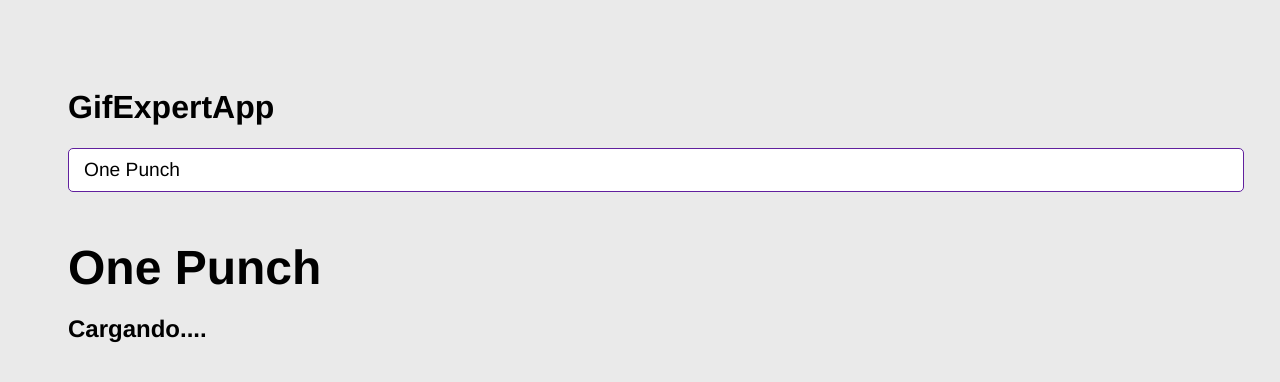
Repository: bryanesteban/gif-expert-app
Page: /
The author's editor kept a copy of each file at every save. The page is drawn from the files as they stood at one save, then again after the next save.
The browser window is 1280 px wide. The pictures show the whole page.
The page's requests for data from a server got no answer. The project was rebuilt for these pictures with package versions that can differ from the ones it lists, and the page was loaded fresh each time. No one was signed in, and anything a server would have sent is missing. Also part of the build but not shown: vite.config.js, src/components/GifGridItem.jsx.

Above is the page before, as saved 2024-06-17 15:46:12.

### src/main.jsx
import React from 'react'
import ReactDOM from 'react-dom/client'
import { GifExpertApp } from './GifExpertApp'

import './styles.css';

ReactDOM.createRoot(document.getElementById('root')).render(
  <React.StrictMode>
    <GifExpertApp />
  </React.StrictMode>
)

### src/GifExpertApp.jsx
import { useState } from "react";
import { AddCategory } from "./components/AddCategory";
import { GifGrid } from "./components/GifGrid";


export const GifExpertApp = () => {




    const [ categories , setCategories ] = useState([ 'One Punch' ]);

    const onAddCategory = ( newCategory ) => {

        if(categories.includes(newCategory) ) return ;
        setCategories([newCategory, ...categories]);

        // setCategories(cat => [...cat,'Fullmetal Alchemist']);
    }

    return (
    <>

    <h1>GifExpertApp</h1>

    <AddCategory
        // setCategories={ setCategories }
        onNewCategory={ event => onAddCategory(event)}
    />


    <>
        { categories.map( ( category ) => (
                <GifGrid
                    key={ category }
                    category={category}/>

            ))
        }

    </>

    </>
  )
};

### src/components/AddCategory.jsx
import { useState } from "react";
// import PropTypes from 'prop-types';

export  const AddCategory = ( { onNewCategory } ) =>{


   const [inputValue, setInputValue] = useState('One Punch');

    const onInputChange= ({target}) => {
        setInputValue(target.value);
    }

    const onsubmit =( event ) => {
        event.preventDefault();

        if(inputValue.trim().length <= 1 ) return;

        // setCategories(categories => [inputValue, ...categories] );
        onNewCategory( inputValue.trim() );
        setInputValue('');
    }

    return (
        <form onSubmit={(event) => onsubmit(event)}>

        <input
            type="text"
            placeholder="Buscar Gifs"
            value={ inputValue }
            onChange={ (event) =>  onInputChange(event) }
            />
        </form>

    )
}

### src/components/GifGrid.jsx

import { GifGridItem } from './GifGridItem';
import { useFetchGifs } from '../hooks/useFetchGifs';



export const GifGrid = ( { category } ) => {

    const { images , isLoading} = useFetchGifs( category );

    return (
        <>
            <h3> { category } </h3>

            {
                isLoading ?  (<h2> Cargando....</h2>)
                :null
            }

            <div className='card-grid'>
           {
                images.map(  ( image) => (
                   <GifGridItem
                        key={ image.id }
                        {  ...image }
                    />

                ))
            }
        </div>



        </>
    )
}

### src/hooks/useFetchGifs.js
import { useState, useEffect } from 'react';
import { getGifs } from '../helpers/getGifs';

export const useFetchGifs = (  category  ) => {
    const [images, setImages] = useState([]);
    const [isLoading, setisLoading] = useState(true);

    const getImages = async() => {
        const newImages  = await getGifs( true );
        setImages(newImages);
        setisLoading(false);
    }

    useEffect( () => {
        // getGifs(category)
        // .then( newImages => setImages(newImages) );
        getImages();

    },[])

    return {
    images: images,
    isLoading: isLoading
    }
}

### src/helpers/getGifs.js
export const getGifs = async( category ) => {
    const url = `https://api.giphy.com/v1/gifs/search?api_key=MokFzHRig1V6hft1NBjtd3nYOntQN9FD&q=${ category }&limit=20`;

    const resp = await fetch( url );
    const { data } = await resp.json();


    const gifs = data.map( img => ({
        id: img.id,
        title: img.title,
        url: img.images.downsized_medium.url
    }));

    return gifs;
}

Loaded but not shown: index.html (common file); src/styles.css (common file)

After the next save:
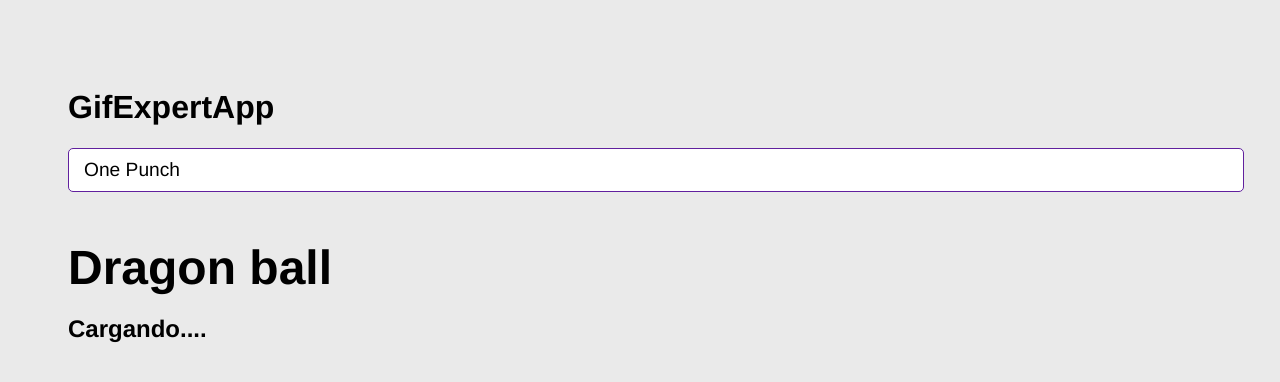
Saved 3 min 18 s later.
--- a/src/GifExpertApp.jsx
+++ b/src/GifExpertApp.jsx
@@ -8,7 +8,7 @@
 
 
 
-    const [ categories , setCategories ] = useState([ 'One Punch' ]);
+    const [ categories , setCategories ] = useState([ 'Dragon ball' ]);
 
     const onAddCategory = ( newCategory ) => {
 

After the save that followed:
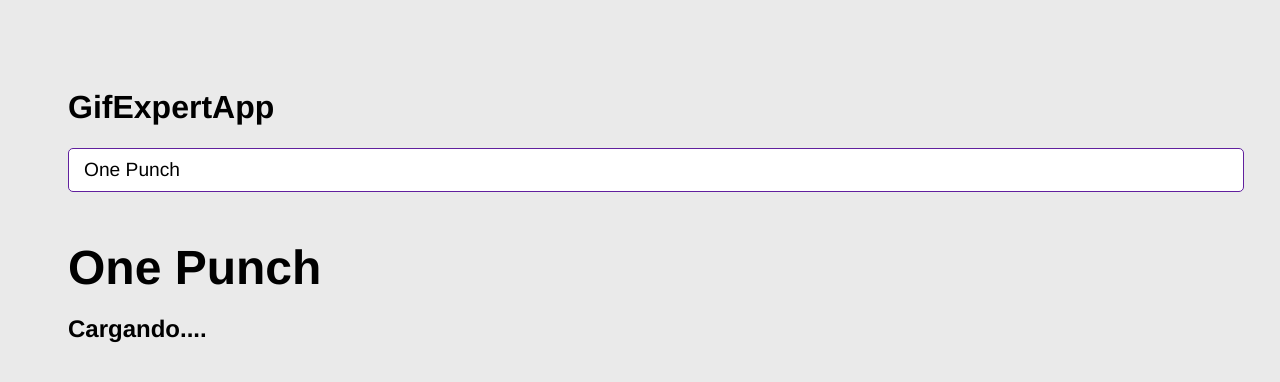
Saved 30 s later.
--- a/src/GifExpertApp.jsx
+++ b/src/GifExpertApp.jsx
@@ -8,7 +8,7 @@
 
 
 
-    const [ categories , setCategories ] = useState([ 'Dragon ball' ]);
+    const [ categories , setCategories ] = useState([ 'One Punch' ]);
 
     const onAddCategory = ( newCategory ) => {
 
